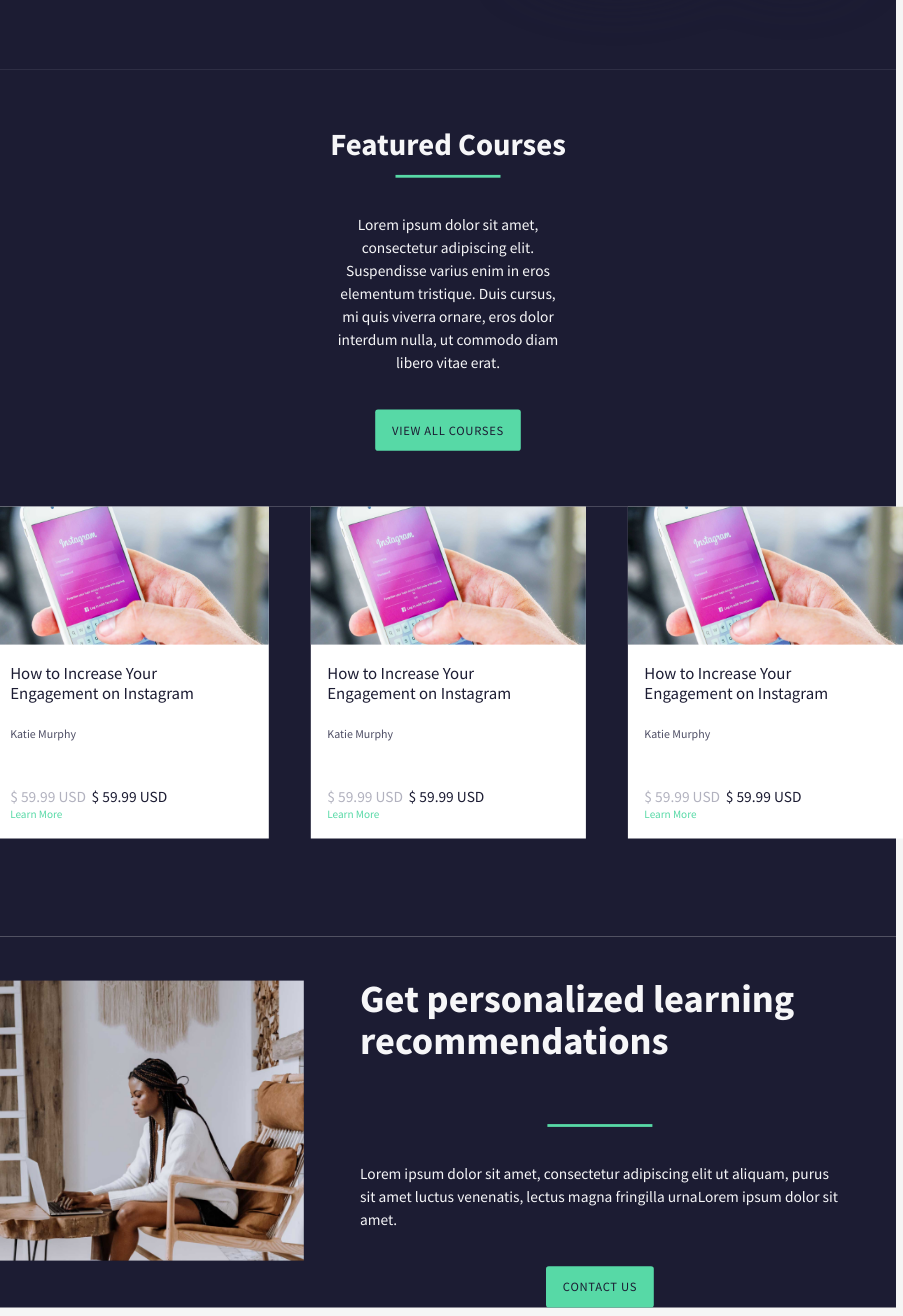
Repository: saidabbasun/skillz
Page: /
An editor plug-in stored every save of this project. The page is shown before and after a run of saves, followed by the edit.
The browser window is 1280 px wide. The page is 1290 px wide, so the pictures cover 1290 px, including what lies to the right of the window. The pictures show the part of the page from y = 977 to 2857 px (the page is 4525 px tall before and 4519 px after), at 70% of full size.
The project was rebuilt for these pictures with package versions that can differ from the ones it lists, and the page was loaded fresh each time.

Above is the page before, as saved 2022-06-13 14:46:27.

After the next 2 saves:
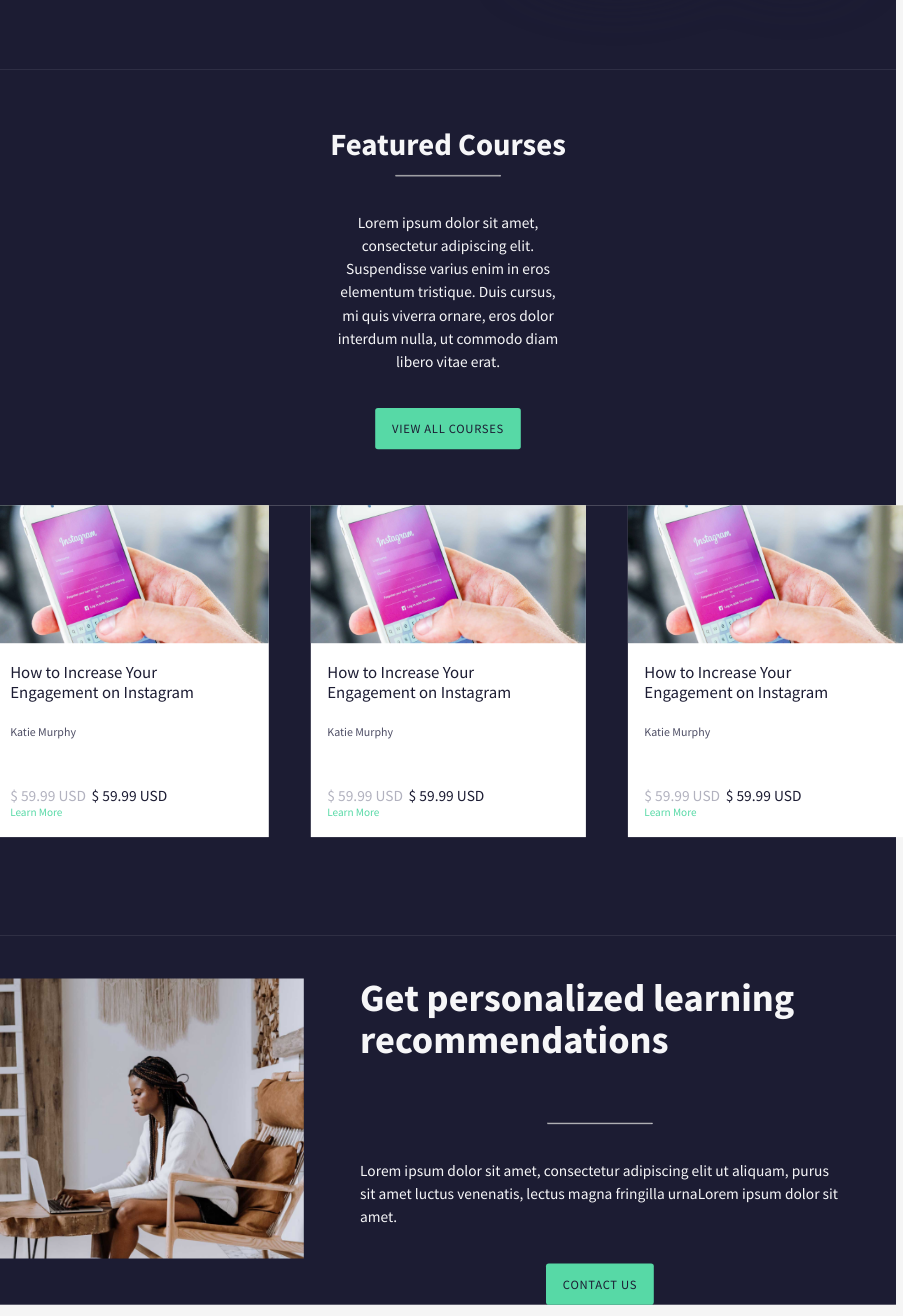
The 2 saves are shown as one change because they came seconds apart.
The last was saved 46 s later.
--- a/src/styles/Courses.scss
+++ b/src/styles/Courses.scss
@@ -18,7 +18,7 @@ line-height: 53px;
 .coursesHr{
     margin: 0 auto;
     width: 150px;
-    border: 2px solid $color_btn;
+    color: $color_btn;
     margin-top: 17px;
 
 }
